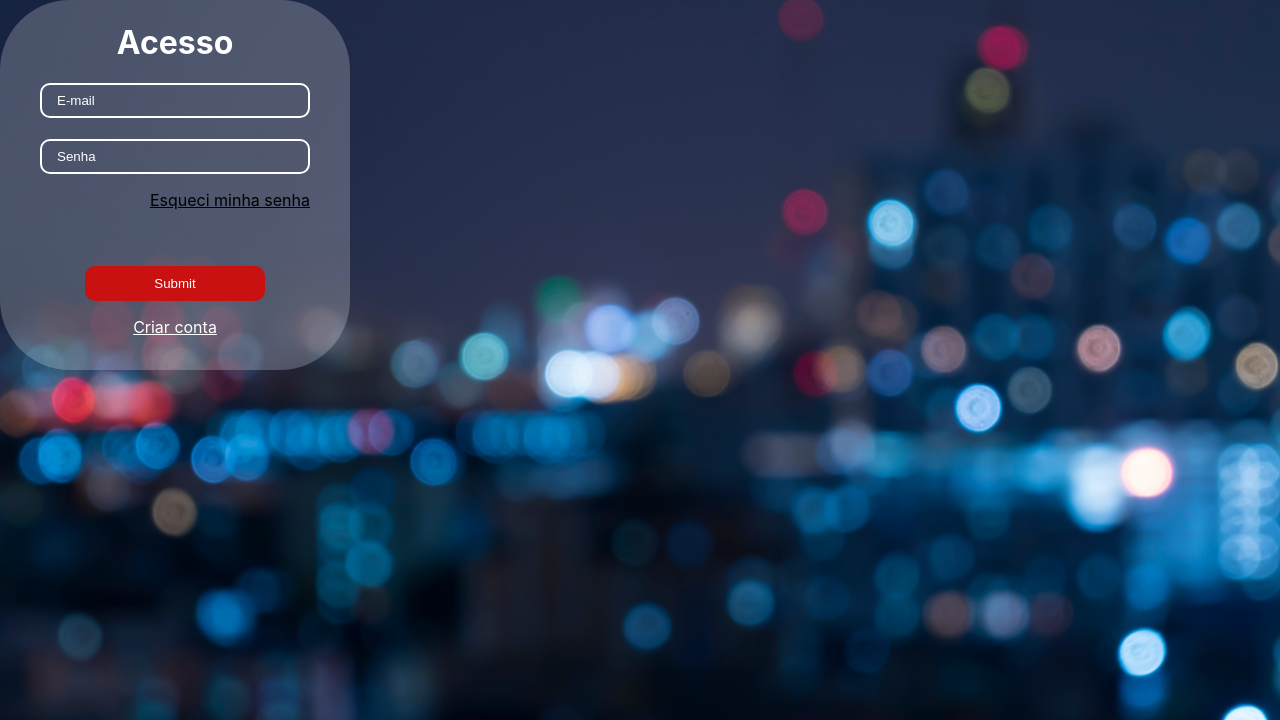
Repository: mateus-henrique-silva/Plataforma_videos_treinamento
Page: / (app in my-app/)
The author's editor kept a copy of each file at every save. The page is drawn from the files as they stood at one save, then again after the next save.
The browser window is 1280 px wide. The pictures show the whole page.
The project was rebuilt for these pictures with package versions that can differ from the ones it lists, and the page was loaded fresh each time.

Above is the page before, as saved 2022-08-16 09:05:08.

### my-app/src/App.js
import logo from "./logo.svg";
import React from "react";
import "./App.css";
import Login from "./Pages/Login/Login"
import { BrowserRouter as Router, Routes, Route, Link } from "react-router-dom";

function App() {
  return (
    <div className="App">
      <Router>
        <Routes>
          <Route element={<Login />} path="/" />
        </Routes>
      </Router>
    </div>
  );
}

export default App;

### my-app/src/App.css
*{
  padding: 0;
  margin: 0;
  border:0;
}

### my-app/src/Pages/Login/Login.jsx
import React from "react";
import "./Login.css";
import FormLogin from '../../Components/formLogin/formLogin'

const Login = () => {
  return (
    <>
      <div className="backgound-one">
          <FormLogin/>
      </div>
    </>
  );
};

export default Login;

### my-app/src/Pages/Login/Login.css
.backgound-one{
    width:100vw;
    height:100vh;
    background: url("../../Assets//ImageBackground/Rectangle.png") fixed center no-repeat;
}

### my-app/src/Components/formLogin/formLogin.jsx
import React, { useState } from "react";
import "./formLogin.css";
import { BrowserRouter as Router, Routes, Route, Link } from "react-router-dom";

const FormLogin = () => {
  const [email, setEmail] = useState("");
  const [pass, setPass] = useState("");
  return (
    <div>
      <div className="box-login">
        <form className="formLogin">
          <h1>Acesso</h1>
          <input
            type="text"
            placeholder="E-mail"
            value={email}
            onChange={(e) => {
              setEmail(e.target.value);
            }}
          />
          <input
            type="password"
            placeholder="Senha"
            value={pass}
            onChange={(e) => {
              setPass(e.target.value);
            }}
          />
          <Link to="/">Esqueci minha senha</Link>
          <center>
            {" "}
            <input type="submit" />
          </center>
          <Link to="/">Criar conta</Link>
        </form>
      </div>
    </div>
  );
};

export default FormLogin;

### my-app/src/Components/formLogin/formLogin.css
.box-login {
  width: 350px;
  height: 370px;
  display: grid;
  background: rgba(255, 255, 255, 0.22);
  border-radius: 70px;
  justify-content: center;
  align-items: center;
}

.box-login .formLogin input[type="text"], [type="password"] {
  width: 270px;
  height: 35px;
  margin-bottom: 0;
  bottom: 0;
  margin-top: -25px;
  box-sizing: border-box;
  border: 2px solid #ffffff;
  border-radius: 10px;
  padding-left: 15px;
 background:transparent;
 color: #ffffff;
}
.box-login .formLogin input::placeholder {
    color: #ffffff;
  }
.box-login .formLogin {
  height: 100%;
  width: 350px;
  color: #ffffff;
  justify-content: center;
  align-items: center;
  display: grid;
}
.box-login .formLogin a{
    color: black;
    margin-top: -40px;
    display:flex;
    justify-content:flex-end;
}

.box-login .formLogin a:last-child{
    color: white;
    margin-top: -40px;
    display:flex;
    justify-content:center;
}

.box-login .formLogin h1 {
    text-align: center;
  }
.box-login .formLogin input[type="submit"] {
    width: 180px;
    height: 35px;
    margin-bottom: 0;
    bottom: 0;
    box-sizing: border-box;
    cursor: pointer;
    border-radius: 10px;

    background: #C91111;
   color: #ffffff;
  }

Loaded but not shown: my-app/public/index.html (common file); my-app/src/index.js (common file); my-app/src/index.css (common file); my-app/src/reportWebVitals.js (common file)

After the next save:
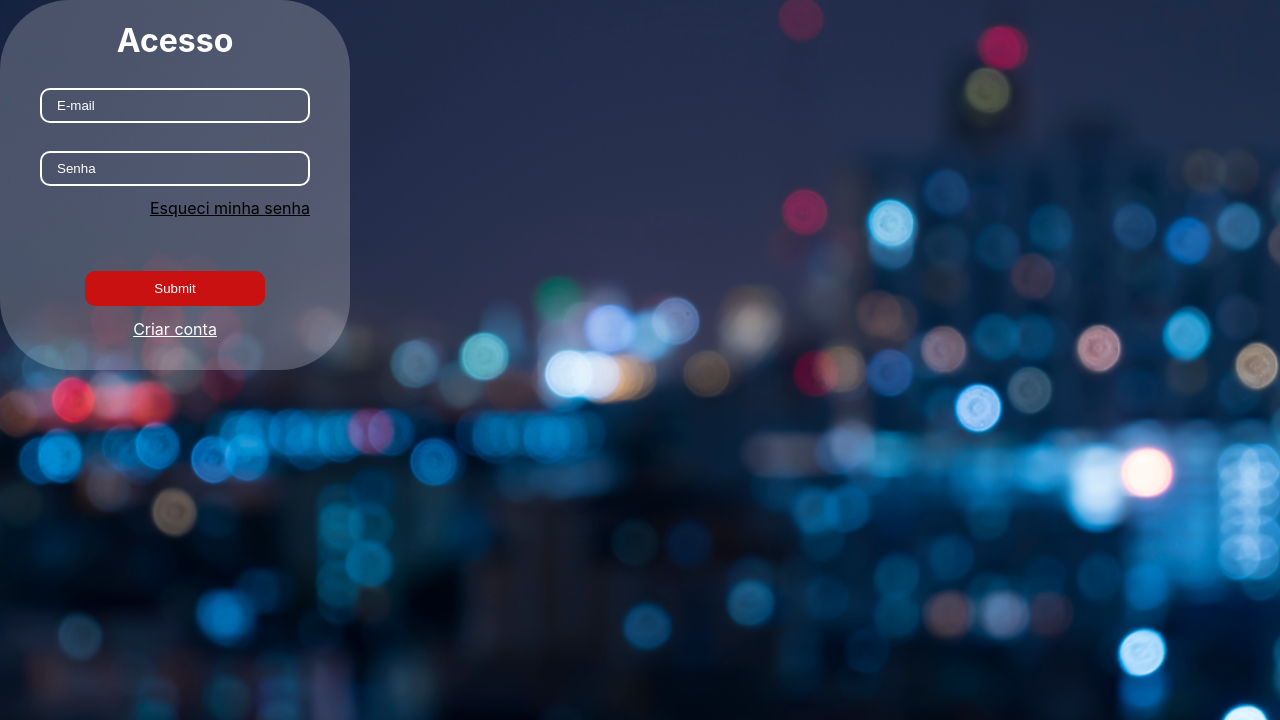
Saved 9 s later.
--- a/my-app/src/Components/formLogin/formLogin.css
+++ b/my-app/src/Components/formLogin/formLogin.css
@@ -13,7 +13,7 @@
   height: 35px;
   margin-bottom: 0;
   bottom: 0;
-  margin-top: -25px;
+  margin-top: -15px;
   box-sizing: border-box;
   border: 2px solid #ffffff;
   border-radius: 10px;
